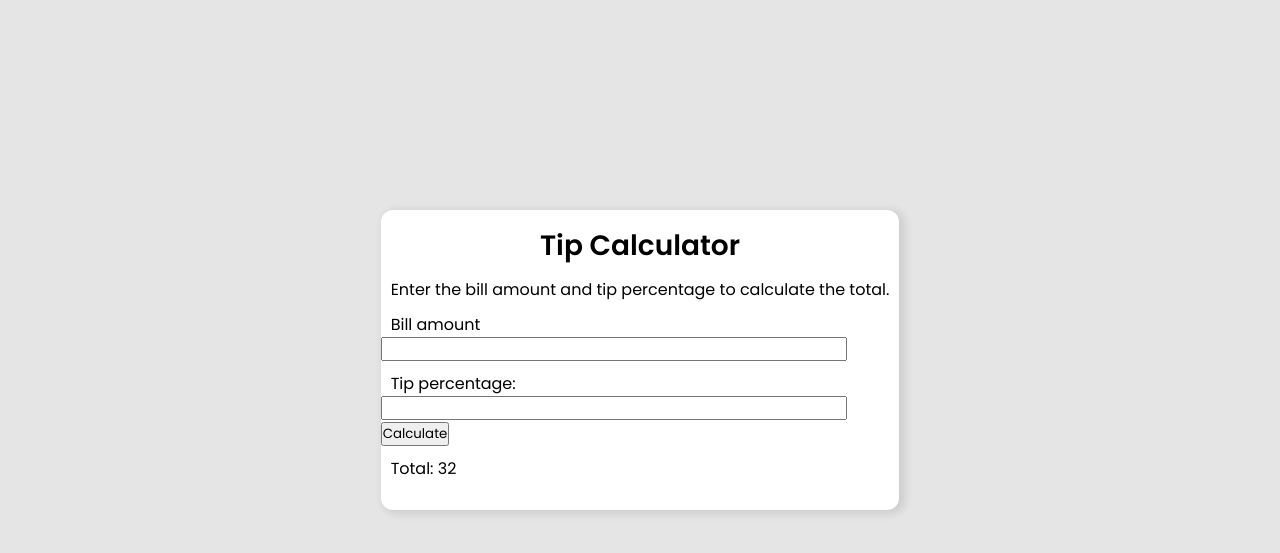
Repository: Ankitkr2021/Tip-Calculator
Page: index.html
An editor plug-in stored every save of this project. The page is shown before and after the next save, followed by the edit.
The browser window is 1280 px wide. The pictures show the whole page.

Above is the page before, as saved 2025-10-27 10:53:37.

After the next save:
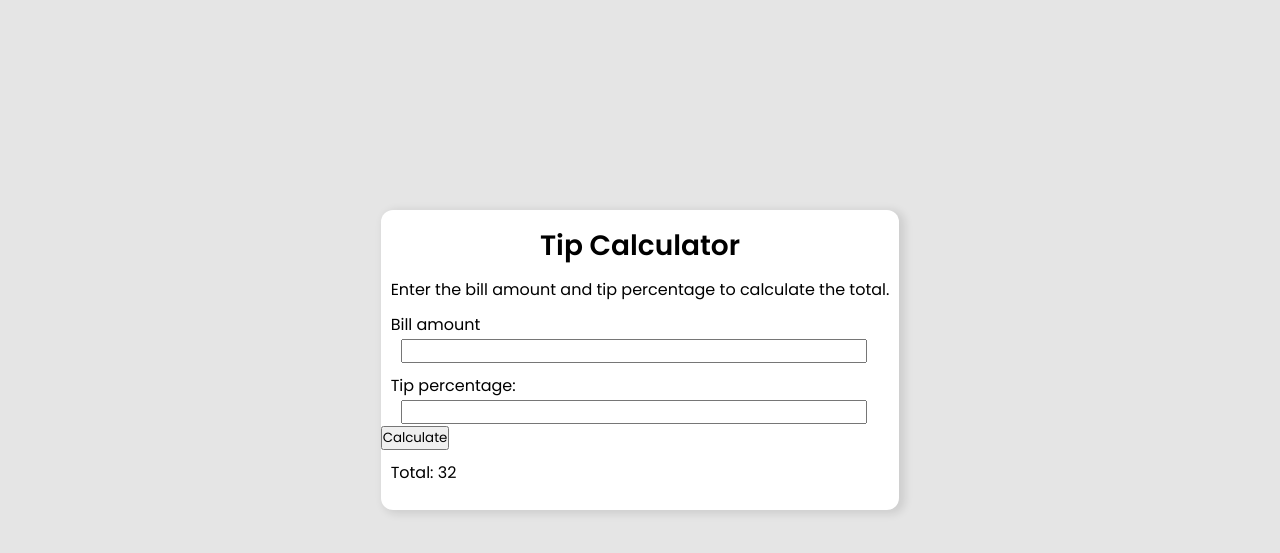
Saved 9 s later.
--- a/style.css
+++ b/style.css
@@ -36,5 +36,5 @@ p{
 
 input {
     width: 90%;
-    display: flex;
+    margin-left: 20px;
 }
